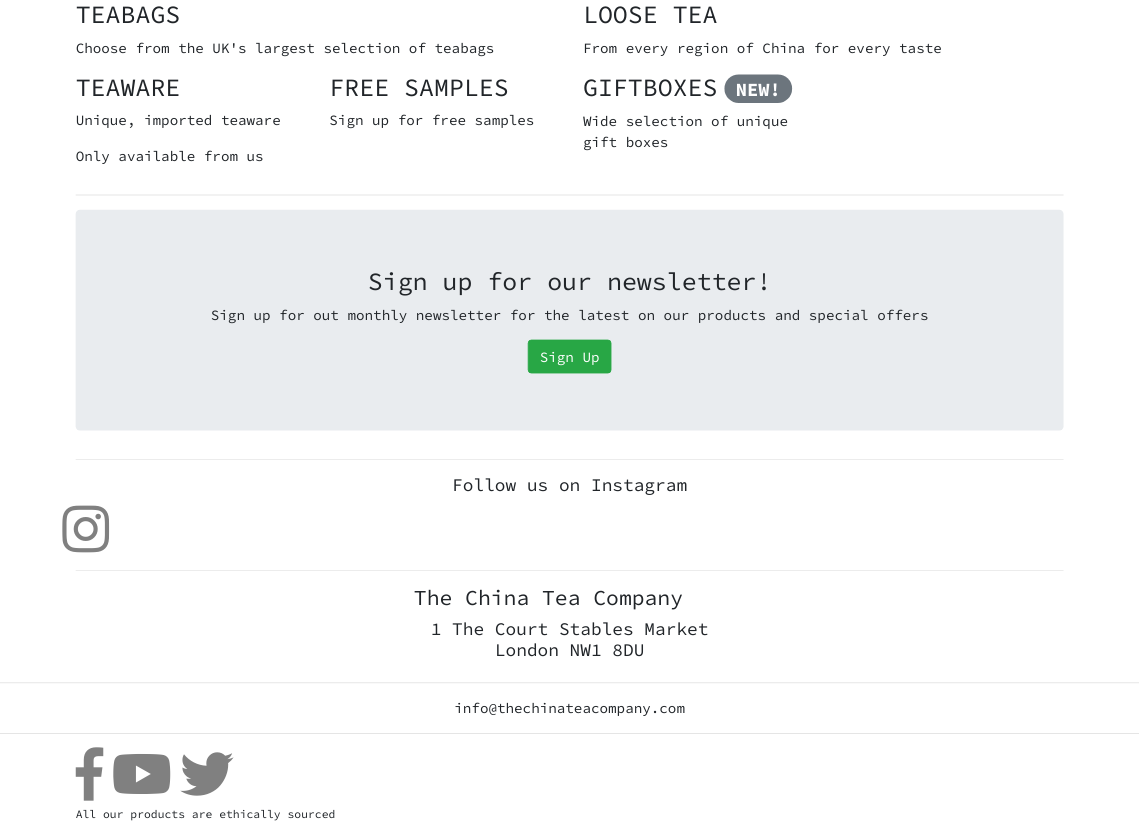
Repository: Code-Institute-Submissions/china-tea
Page: index.html
The author's editor kept a record of every edit. The page is drawn from the files as they stood at one moment, then again after the next edit.
The browser window is 1280 px wide. The pictures show the part of the page from y = 776 to 1954 px (the page is 1717 px tall before and 1954 px after), at 89% of full size.
Backgrounds fixed to the window are drawn as part of the page. Some web libraries are served in a nearby version.

Above is the page before.

### index.html
<!DOCTYPE html>
<html lang="en">

<head>
    <meta charset="UTF-8">
    <meta name="viewport" content="width=device-width, initial-scale=1.0">
    <meta http-equiv="X-UA-Compatible" content="ie=edge">
    <link rel="stylesheet" href="https://stackpath.bootstrapcdn.com/bootstrap/4.3.1/css/bootstrap.min.css" integrity="sha384-ggOyR0iXCbMQv3Xipma34MD+dH/1fQ784/j6cY/iJTQUOhcWr7x9JvoRxT2MZw1T" crossorigin="anonymous">

    <link rel="stylesheet" href="https://use.fontawesome.com/releases/v5.1.1/css/all.css" integrity="sha384-O8whS3fhG2OnA5Kas0Y9l3cfpmYjapjI0E4theH4iuMD+pLhbf6JI0jIMfYcK3yZ" crossorigin="anonymous">
    <link href="https://fonts.googleapis.com/css?family=Indie+Flower|Source+Code+Pro:400,700&display=swap" rel="stylesheet">
    <link rel="stylesheet" href="./assets/style.css" type="text/css" />
    <title>China Tea Company | Buy specially imported tea, tea-ware and gift boxes</title>
</head>

<body>

    <!-- navbar -->


    <nav class="navbar navbar-light bg-light navbar-expand-sm">
        <a href="/" class="navbar-home">Home</a>

        <button class="navbar-toggler ml-auto" type="button" data-toggle="collapse" data-target="#navbarNavDropdown" aria-controls="navbarNavDropdown" aria-expanded="false" aria-label="Toggle navigation">
    <span class="navbar-toggler-icon"></span>
</button>

        <div class="collapse navbar-collapse" id="navbarNavDropdown">

            <ul class="navbar-nav mx-auto">
                <div class="dropdown">
                    <a class="btn btn-light dropdown-toggle" href="#" role="button" id="dropdownMenuLink" data-toggle="dropdown" aria-haspopup="true" aria-expanded="false">Shop
  </a>

                    <div class="dropdown-menu" aria-labelledby="dropdownMenuLink">
                        <a class="dropdown-item" href="#">Teabags</a>
                        <a class="dropdown-item" href="#">Loose Tea</a>
                        <a class="dropdown-item" href="#">Teaware</a>
                        <a class="dropdown-item" href="#">Giftboxes</a>
                    </div>
                </div>


            </ul>




            <ul class="navbar-nav ml-auto ">

                <li class="nav-item"><a class="nav-link" href="/contact">Contact Us</a></li>
                <li class="nav-item"><a class="nav-link" href="/sign-in">Sign-in Sign-up</a></li>
            </ul>

        </div>
    </nav>

    <!-- /.navbar -->


    <div class="container-fluid callout-container">

        <!--Callout-->
        <section class="callout">
            <div class="row">

                <h1>The China Tea Company</h1>
                <div>
                    <h4 class="since text-muted">Since 1992</h4>
                </div>
            </div>
            <div class="row">
                <h2>Discover Chinese tea</h2>
            </div>

            <div class="row">
                <p><mark><strong>Sign up now for special offers</strong></mark>
                </p>
            </div>
            <div class="row">
                <button type="button" class="btn btn-outline-warning" data-toggle="modal" data-target="#signUpModal">Sign up!</button>
            </div>


            <div class="row">
                <div class="col-12 col-sm-4">
                </div>
                <div class="col-12 col-sm-4">

                    <p class="lead">The best selection of tea and tea-ware sourced directly from China by our experts</p>
                </div>
                <div class="col-12 col-sm-4">
                </div>
            </div>
        </section>


        <!--/.Callout-->
    </div>

    <div class="container-fluid purchase-buffer">
        <!--purchase buffer-->
<div class="row">
    <div class="col-4 cup-leaf">

    </div>
    <div class="col-4 empty"></div>
    <div class="col-4 cup-tea"></div>
</div>

    </div>

    <!--/.purchase buffer-->


    <div class="container purchase-container">
        <!--Purchase-->

        <section class="purchases">
            <div class="row">
                <div class="col-12 col-sm-6">
                    <div class="teabags">
                        <h3 class="text-uppercase">Teabags </h3>
                        <p>Choose from the UK's largest selection of teabags</p>
                    </div>
                </div>
                <div class="col-12 col-sm-6">
                    <div class="loosetea">
                        <h3 class="text-uppercase">Loose Tea</h3>
                        <p>From every region of China for every taste</p>
                    </div>
                </div>
            </div>




            <div class="row">
                <div class="col-12 col-sm-3">
                    <div class="teaware">
                        <h3 class="text-uppercase">Teaware</h3>
                        <p>Unique, imported teaware</p>
                        <p>Only available from us</p>
                    </div>
                </div>
                <div class="col-12 col-sm-3">
                    <div class="freesamples">
                        <h3 class="text-uppercase">Free Samples</h3>
                        <p>Sign up for free samples</p>
                    </div>
                </div>
                <div class="col-12 col-sm-3">

                    <div class="giftboxes">
                        <h3 class="text-uppercase">Giftboxes<span class="badge  badge-pill badge-secondary ml-2">NEW!</span></h3>
                        <p>Wide selection of unique gift boxes</p>
                    </div>
                </div>
            </div>

        </section>

        <hr>

        <!--/.purchase-->

    </div>



    <!--newsletter jumbotron-->
    <div class="container jumbotron-container">
        <section class="newsletter jumbotron text-center">

            <h3>Sign up for our newsletter!</h3>
            <p class="d-none d-sm-block">Sign up for out monthly newsletter for the latest on our products and special offers</p>

            <button type="button" class="btn btn-success" data-toggle="modal" data-target="#signUpModal">Sign Up</button>



        </section>
    </div>
    <!--/.newsletter jumbotron-->


    <div class="container instagram-container">
        <!--Instagram-->
        <hr>
        <section class="instagram">
            <div class="row">
                <div class="col-12">
                    <h5>
                        <center>Follow us on Instagram</center>
                    </h5>

                </div>

            </div>
            <div class="row">
                <i class="fab fa-instagram" style="font-size:60px;color:grey;"></i>
            </div>
        </section>
        <hr>
        <!--/.Instagram-->

    </div>

    <div class="container address-container">

        <!--address-->

        <section class="address">
            <div class="row">
                <div class="col-12 col-sm-4">
                </div>
                <div class="col-12 col-sm-4">
                    <h4 class="mx-auto">
                        The China Tea Company
                    </h4>
                    <h5>
                        <center>1 The Court Stables Market London NW1 8DU</center>
                    </h5>
                </div>
                <div class="col-12 col-sm-4">

                </div>

            </div>

        </section>


        <!--/.address-->

    </div>
    <hr>

    <p>
        <center>info@thechinateacompany.com</center>
    </p>






    <!--Modal-->

    <div class="modal" tabindex="-1" role="dialog" id="signUpModal">
        <div class="modal-dialog" role="document">
            <div class="modal-content">
                <div class="modal-header">
                    <h5 class="modal-title">Sign Up!</h5>
                    <button type="button" class="close" data-dismiss="modal" aria-label="Close">
          <span aria-hidden="true">&times;</span>
        </button>
                </div>
                <div class="modal-body">
                    <form>
                        <div class="form-group">

                            <input type="password" class="form-control" id="firstName" placeholder="First Name">
                            <input type="password" class="form-control" id="lastName" placeholder="Last Name">
                        </div>
                        <div class="form-group">
                            <label for="exampleInputEmail1">Email address</label>
                            <input type="email" class="form-control" id="exampleInputEmail1" aria-describedby="emailHelp" placeholder="Enter email">
                            <small id="emailHelp" class="form-text text-muted">We'll never share your email with anyone else.</small>
                        </div>
                        <div class="form-group">
                            <label for="password1">Password</label>
                            <input type="password" class="form-control" id="password1" placeholder="Choose password">
                        </div>
                        <div class="form-group">

                            <input type="password" class="form-control" id="repeat-Password" placeholder="Repeat password">
                        </div>
                        <label for="message">Message</label>
                        <textarea class="form-control" id="message" rows="3"></textarea>
                        <div class="form-group form-check">
                            <input type="checkbox" class="form-check-input" id="exampleCheck1">
                            <label class="form-check-label" for="exampleCheck1">I want to receive your newsletter</label>
                        </div>
                        <button type="submit" class="btn btn-primary">Submit</button>
                    </form>
                </div>

            </div>
        </div>
    </div>

    <!--/.Modal-->

    <hr>
    <div class="container footer-container">
        <!--footer-->


        <div class="social-media">
            <i class="fab fa-facebook-f" style="font-size:60px;color:grey;"></i>
            <i class="fab fa-youtube" style="font-size:60px;color:grey;"></i>
            <i class="fab fa-twitter" style="font-size:60px;color:grey;"></i>
        </div>

        <p><small>All our products are ethically sourced</small></p>

        <!--/.footer-->

    </div>

    <script src="https://code.jquery.com/jquery-3.3.1.slim.min.js" integrity="sha384-q8i/X+965DzO0rT7abK41JStQIAqVgRVzpbzo5smXKp4YfRvH+8abtTE1Pi6jizo" crossorigin="anonymous"></script>
    <script src="https://cdnjs.cloudflare.com/ajax/libs/popper.js/1.14.7/umd/popper.min.js" integrity="sha384-UO2eT0CpHqdSJQ6hJty5KVphtPhzWj9WO1clHTMGa3JDZwrnQq4sF86dIHNDz0W1" crossorigin="anonymous"></script>
    <script src="https://stackpath.bootstrapcdn.com/bootstrap/4.3.1/js/bootstrap.min.js" integrity="sha384-JjSmVgyd0p3pXB1rRibZUAYoIIy6OrQ6VrjIEaFf/nJGzIxFDsf4x0xIM+B07jRM" crossorigin="anonymous"></script>
</body>

</html>

### assets/style.css
body {
    font-family: 'Indie Flower', cursive;
    font-family: 'Source Code Pro', monospace;
}



.callout-container {
    height: 100vh;

    background: url("images/main-background.jpg") no-repeat center center fixed;
    -webkit-background-size: cover;
    -moz-background-size: cover;
    -o-background-size: cover;
    background-size: cover;
}
.since {
    position: relative;
    left: 327px;
    top: 40px;
}

.buffer-container{
    height: 33vh;

   }

.cup-leafs {
    height: 33vh;



.purchase-container {}

.jumbotron-container {}

.instagram-container {}

.address-container {}

After the next edit:
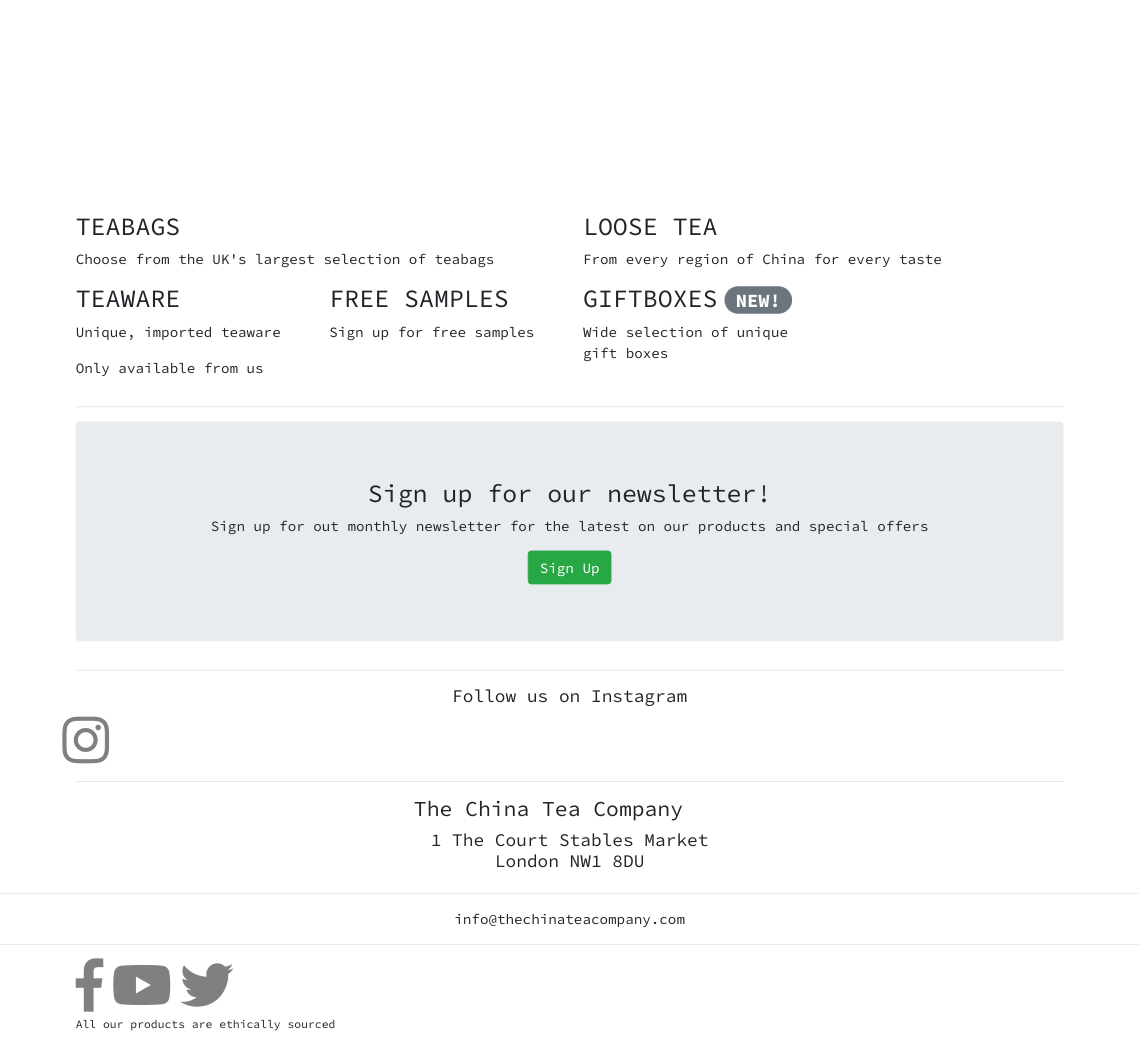
The edit:
--- a/index.html
+++ b/index.html
@@ -98,7 +98,7 @@
         <!--/.Callout-->
     </div>
 
-    <div class="container-fluid purchase-buffer">
+    <div class="container-fluid buffer-container">
         <!--purchase buffer-->
 <div class="row">
     <div class="col-4 cup-leaf">
